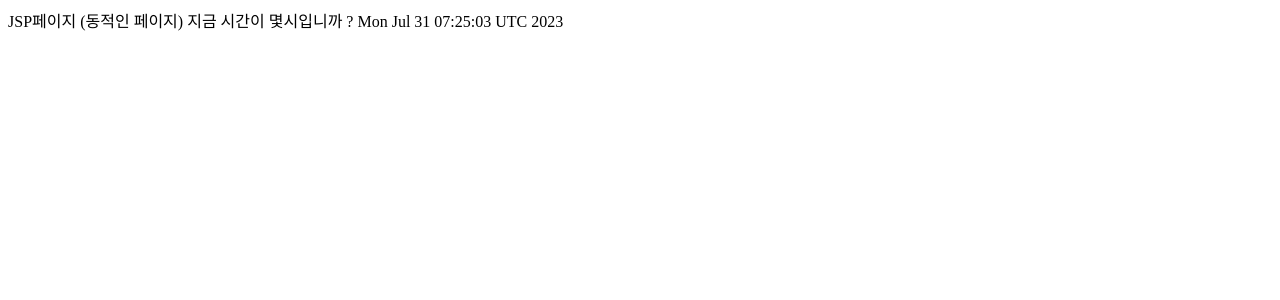
Repository: ainokks071/ServletJSP
Page: http://localhost/WEB/time.jsp
These files come from the project's save history. The page is drawn as it stood at one moment and after a run of saves; the edit follows.
The browser window is 1280 px wide. The pictures show the whole page.
The page is served by Tomcat 9. Other server files are loaded and not shown.

Above is the page before, as saved 2023-07-31 08:17:13.

### WEB/webapp/time.jsp
<!-- JSP(Java Server Page) = Java코드영역(프로그래밍) + HTML영역(View) -->

<%-- <%@ 지시자 %> --%>
<%@ page language="java" contentType="text/html; charset=UTF-8"
    pageEncoding="UTF-8"%>
<%@ page import="java.util.Date" %>

<%-- <% 스크립틀릿 %> --%>
<% Date d = new Date(); %>


<!DOCTYPE html>
<html>
<head>
<meta charset="UTF-8">
<title>Insert title here</title>
</head>


<body>
JSP페이지 (동적인 페이지)
지금 시간이 몇시입니까 ?

<%-- <%= 출력식 %> --%>
<%= d.toString() %>

</body>
</html>

After the next 2 saves:
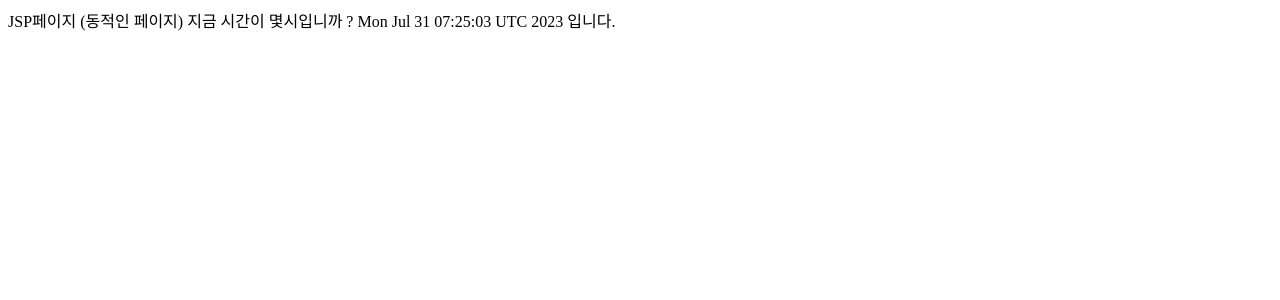
The 2 saves are shown as one change because they came seconds apart.
The last was saved 7 s later.
--- a/WEB/webapp/time.jsp
+++ b/WEB/webapp/time.jsp
@@ -19,10 +19,10 @@
 
 <body>
 JSP페이지 (동적인 페이지)
+
 지금 시간이 몇시입니까 ?
-
 <%-- <%= 출력식 %> --%>
-<%= d.toString() %>
+<%= d.toString() %> 입니다.
 
 </body>
 </html>
